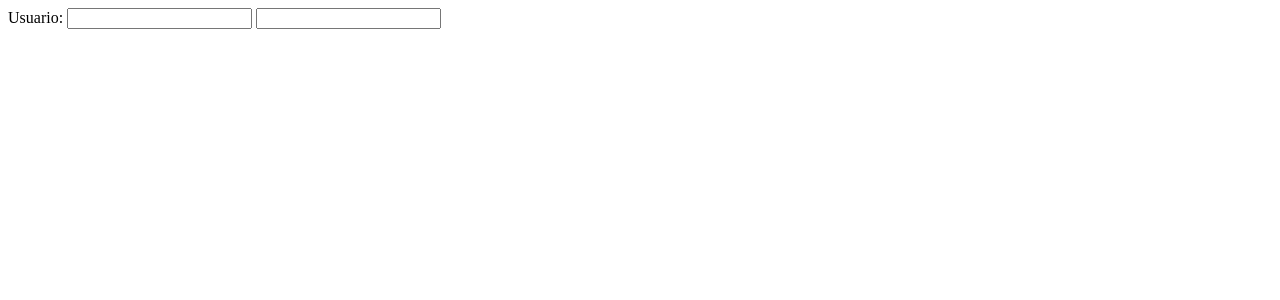
Repository: salvadorsobrino/Ejercicio5ServletJSP
Page: Ejercicio5/src/main/webapp/index.html
These files come from the project's save history. The page is drawn as it stood at one moment and after the next save; the edit follows.
The browser window is 1280 px wide. The pictures show the whole page.

Above is the page before, as saved 2022-03-10 12:37:45.

### Ejercicio5/src/main/webapp/index.html
<!DOCTYPE html>
<html>
<head>
<meta charset="UTF-8">
<title>Insert title here</title>
</head>
<body>
	<form action="loginExitoso.jsp" method="post">
	Usuario:
	<input type="text" name="usuario">
	<input type="password" name="contraseña">

	</form>
</body>
</html>

After the next save:
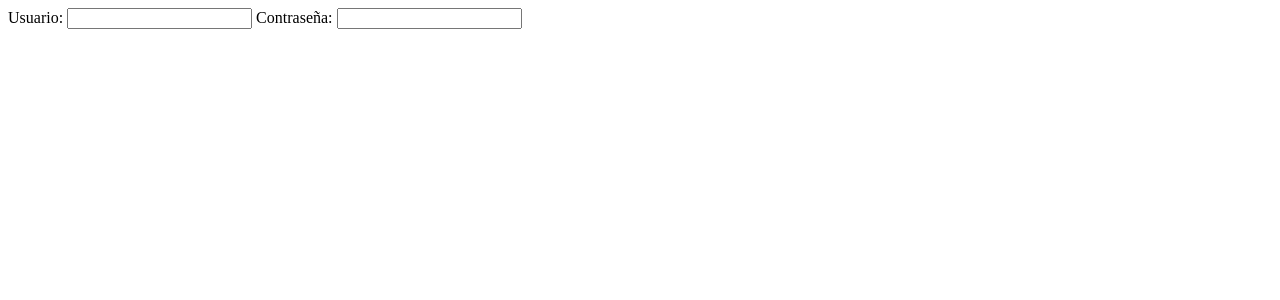
Saved 4 s later.
--- a/Ejercicio5/src/main/webapp/index.html
+++ b/Ejercicio5/src/main/webapp/index.html
@@ -8,6 +8,7 @@
 	<form action="loginExitoso.jsp" method="post">
 	Usuario:
 	<input type="text" name="usuario">
+	Contraseña:
 	<input type="password" name="contraseña">
 
 	</form>
